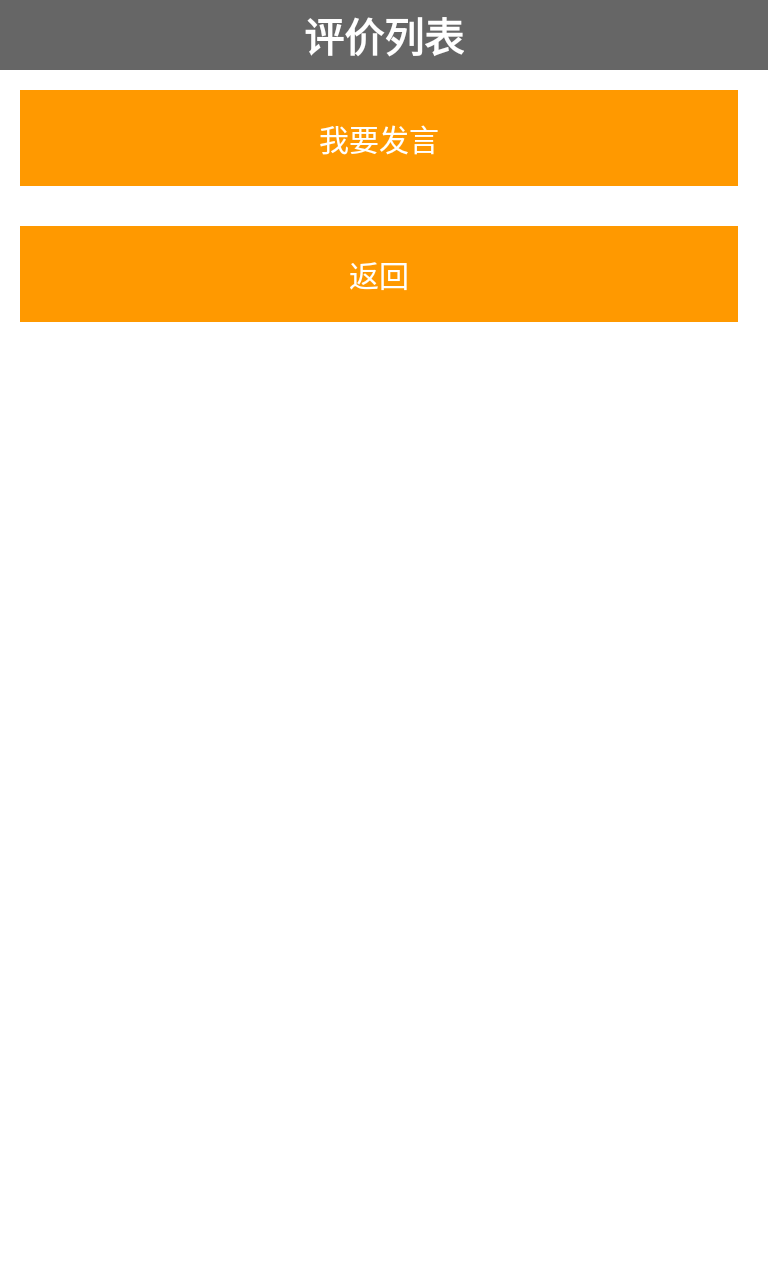
Repository: sxuu0018/undergraduate_project
Layout: Folder/Folder/Folder/重要的内容/2015124013_徐思加_星聊社交软件（android）的设计与实现/最后的备份/移动端/workspace-app/xingliao_app/res/layout/pingjialist.xml
These files come from the project's save history. The layout is drawn as it stood at one moment and after the next save; the edit follows.
It is drawn on a 768 x 1280 px phone screen (xhdpi) without system bars, with theme AppTheme; the app's code is not run. Lists and similar views that code fills are empty.

Above is the layout before, as saved 2019-04-27 15:53:33.

### Folder/Folder/Folder/重要的内容/2015124013_徐思加_星聊社交软件（android）的设计与实现/最后的备份/移动端/workspace-app/xingliao_app/res/layout/pingjialist.xml
<LinearLayout xmlns:android="http://schemas.android.com/apk/res/android"
    	android:layout_width="match_parent"
   		android:layout_height="match_parent"
    	android:orientation="vertical" >

    <!-- 头部 -->
		<RelativeLayout
        android:id="@+id/main_RelativeLayout01"
        android:layout_width="fill_parent"
        android:layout_height="35dp"
        android:background="@drawable/top_bg"
        android:layout_alignParentTop="true"
        android:orientation="horizontal"
        >

        <TextView
            android:layout_width="wrap_content"
            android:layout_height="wrap_content"
            android:layout_centerInParent="true"
            android:textSize="20sp"
            android:textStyle="bold"
            android:textColor="#ffffff"
            android:text="评价列表"
           />





    	</RelativeLayout>




		  <LinearLayout

                    android:layout_width="fill_parent"
                    android:layout_height="wrap_content"
                    android:orientation="horizontal"
                    android:padding="10dip"

                     >
                    <Button
                        android:id="@+id/button3"
                        android:layout_width="fill_parent"
                        android:layout_height="fill_parent"
                        android:layout_marginRight="5dip"
                        android:layout_weight="1"
                        android:background="#FF9900"
                        android:padding="10dip"
                        android:text="我要发言"
                        android:textColor="#FFFFFF"
                        android:textSize="15dp"
                        android:onClick="pingjia_system"
                         />

                </LinearLayout>



                <LinearLayout
                    android:id="@+id/linearLayoutback"
                    android:layout_width="fill_parent"
                    android:layout_height="wrap_content"
                    android:orientation="horizontal"
                    android:padding="10dip" >
                    <Button
                        android:id="@+id/buttonback"
                        android:layout_width="fill_parent"
                        android:layout_height="fill_parent"
                        android:layout_marginRight="5dip"
                        android:layout_weight="1"
                        android:background="#FF9900"
                        android:padding="10dip"
                        android:text="返回"
                        android:textColor="#FFFFFF"
                        android:textSize="15dp"
                        android:onClick="system_back"
                         />

                </LinearLayout>











     <ListView
        android:id="@+id/pingjiaListView"
        android:layout_width="fill_parent"
        android:layout_height="fill_parent"
        android:cacheColorHint="#f5f5f5"
        android:divider="@drawable/cart_listview_gap"
        android:drawSelectorOnTop="false"
        android:listSelector="#00000000"
        android:fadingEdge="none" />



</LinearLayout>

### Folder/Folder/Folder/重要的内容/2015124013_徐思加_星聊社交软件（android）的设计与实现/最后的备份/移动端/workspace-app/xingliao_app/res/values/styles.xml
<resources>

    <style name="main_tab_bottom">
        <item name="android:gravity">center</item>
        <item name="android:paddingTop">15dp</item>
        <item name="android:layout_width">match_parent</item>
        <item name="android:layout_height">match_parent</item>
        <item name="android:button">@null</item>
        <item name="android:layout_weight">1.0</item>
    </style>

    <style name="normalText" parent="@android:style/TextAppearance">
        <item name="android:textColor">#444</item>
        <item name="android:textSize">14sp</item>
    </style>


    <style name="some_used">
        <item name="android:layout_marginTop">10dip</item>
        <item name="android:layout_marginLeft">10dip</item>
        <item name="android:layout_marginRight">10dip</item>
        <item name="android:layout_marginBottom">10dip</item>
    </style>

    <style name="nearby_spinner_style">
        <item name="android:layout_width">0.0dip</item>
        <item name="android:layout_height">wrap_content</item>
        <item name="android:background">@null</item>
        <item name="android:layout_marginTop">6dip</item>
        <item name="android:layout_weight">1.0</item>
    </style>

    <style name="AppBaseTheme" parent="android:Theme.Light">
        <!--
            Theme customizations available in newer API levels can go in
            res/values-vXX/styles.xml, while customizations related to
            backward-compatibility can go here.
        -->
    </style>

    <!-- Application theme. -->
    <style name="AppTheme" parent="AppBaseTheme">
        <!-- All customizations that are NOT specific to a particular API-level can go here. -->
    </style>

</resources>

Loaded but not shown: Folder/Folder/Folder/重要的内容/2015124013_徐思加_星聊社交软件（android）的设计与实现/最后的备份/移动端/workspace-app/xingliao_app/res/values-v11/styles.xml (common file); Folder/Folder/Folder/重要的内容/2015124013_徐思加_星聊社交软件（android）的设计与实现/最后的备份/移动端/workspace-app/xingliao_app/res/values-v14/styles.xml (common file)

After the next save:
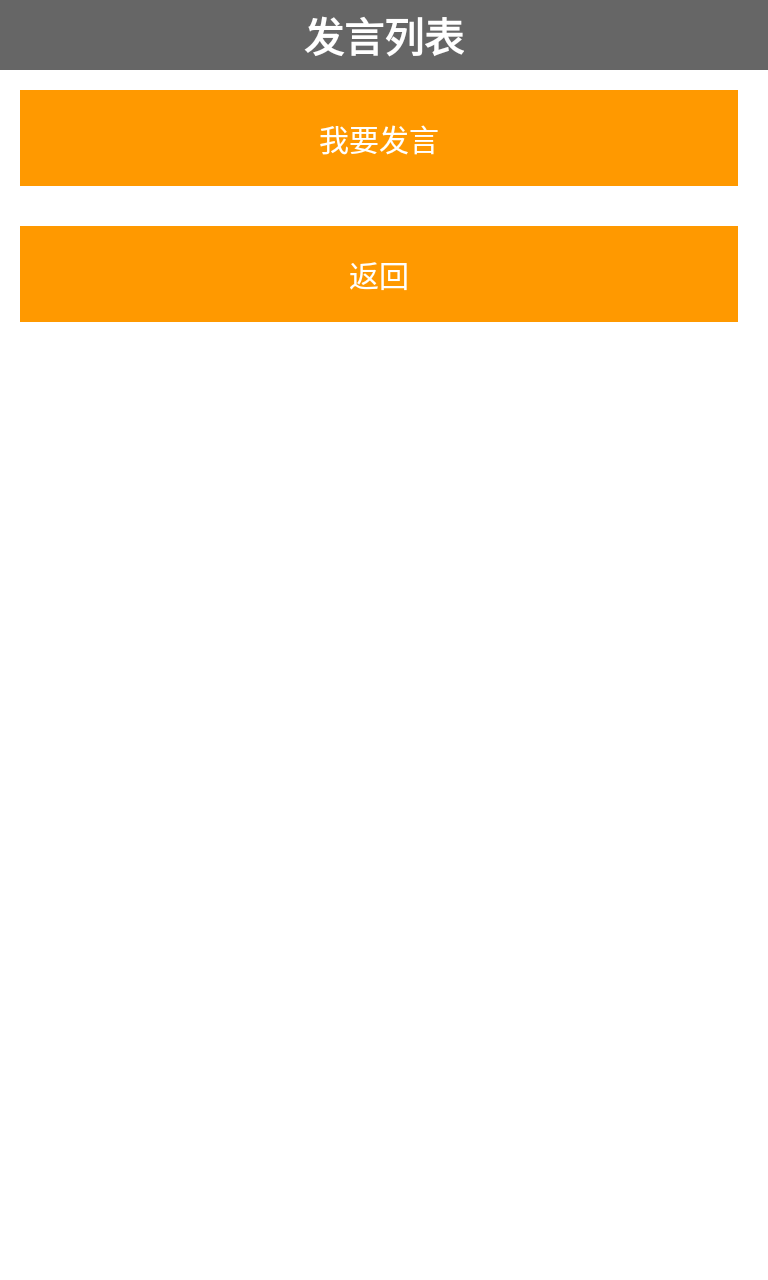
Saved 77 s later.
--- a/Folder/Folder/Folder/重要的内容/2015124013_徐思加_星聊社交软件（android）的设计与实现/最后的备份/移动端/workspace-app/xingliao_app/res/layout/pingjialist.xml
+++ b/Folder/Folder/Folder/重要的内容/2015124013_徐思加_星聊社交软件（android）的设计与实现/最后的备份/移动端/workspace-app/xingliao_app/res/layout/pingjialist.xml
@@ -20,7 +20,7 @@
             android:textSize="20sp"
             android:textStyle="bold"
             android:textColor="#ffffff"
-            android:text="评价列表"
+            android:text="发言列表"
            />
 
 
